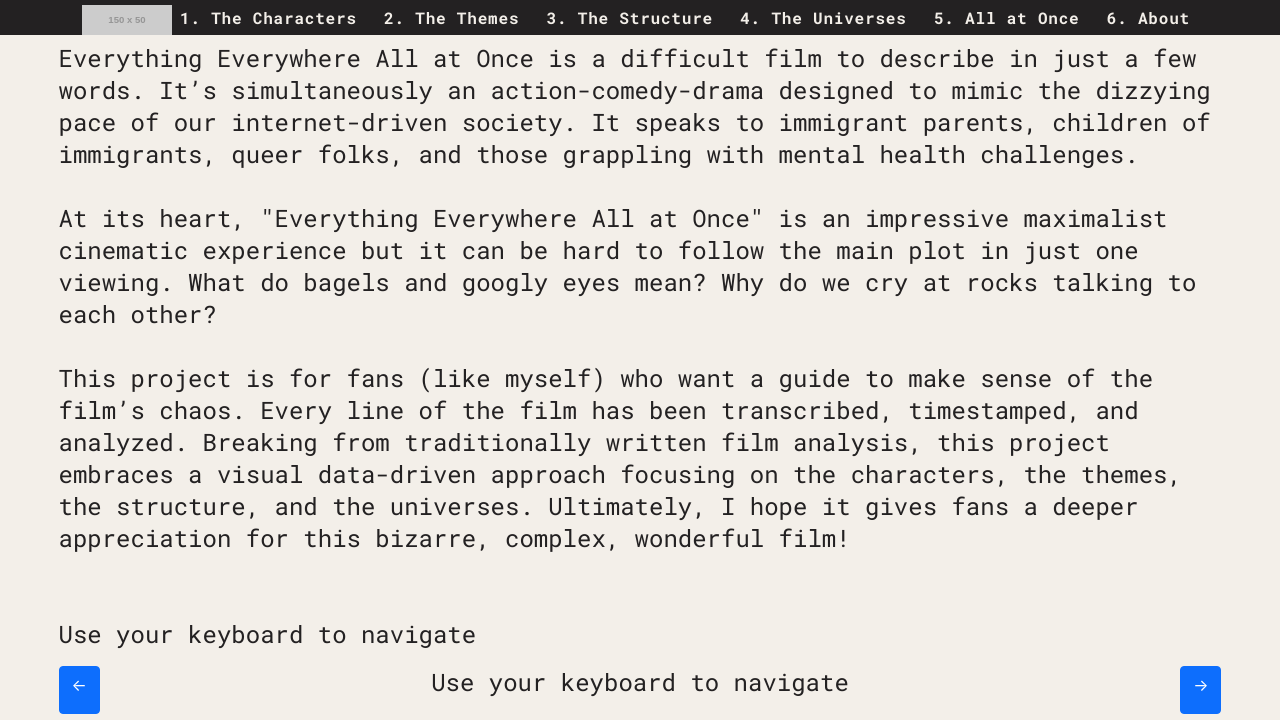
Repository: angelica-hom/msdv-thesis
Page: intro.html
The author's editor kept a record of every edit. The page is drawn from the files as they stood at one moment, then again after the next edit.
The browser window is 1280 px wide. The pictures show the whole page.

Above is the page before.

After the next edit:
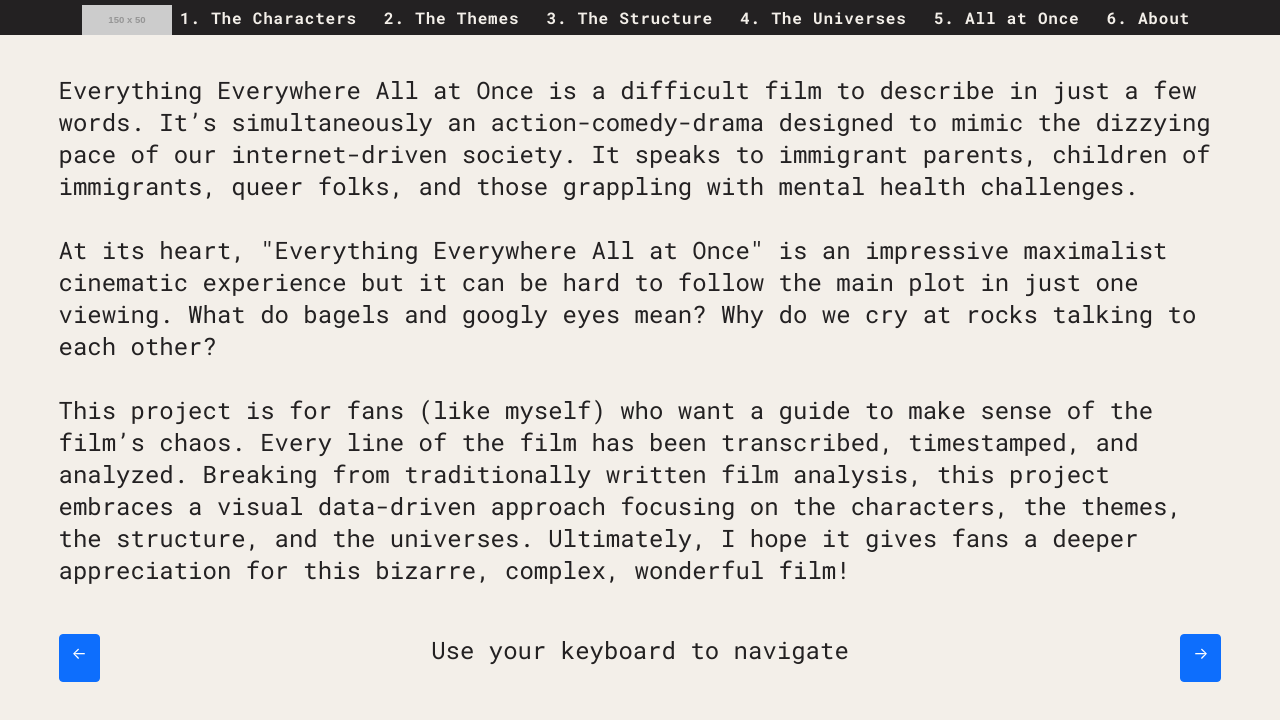
The edit:
--- a/intro.html
+++ b/intro.html
@@ -42,8 +42,7 @@
         <div>
             <p>Everything Everywhere All at Once is a difficult film to describe in just a few words. It’s simultaneously an action-comedy-drama designed to mimic the dizzying pace of our internet-driven society. It speaks to immigrant parents, children of immigrants, queer folks, and those grappling with mental health challenges.<br>
             <br>At its heart, "Everything Everywhere All at Once" is an impressive maximalist cinematic experience but it can be hard to follow the main plot in just one viewing. What do bagels and googly eyes mean? Why do we cry at rocks talking to each other?<br>
-            <br>This project is for fans (like myself) who want a guide to make sense of the film’s chaos. Every line of the film has been transcribed, timestamped, and analyzed. Breaking from traditionally written film analysis, this project embraces a visual data-driven approach focusing on the characters, the themes, the structure, and the universes. Ultimately, I hope it gives fans a deeper appreciation for this bizarre, complex, wonderful film!<br>
-            <br><br>Use your keyboard to navigate</p>
+            <br>This project is for fans (like myself) who want a guide to make sense of the film’s chaos. Every line of the film has been transcribed, timestamped, and analyzed. Breaking from traditionally written film analysis, this project embraces a visual data-driven approach focusing on the characters, the themes, the structure, and the universes. Ultimately, I hope it gives fans a deeper appreciation for this bizarre, complex, wonderful film!<br><br>
             <div class="d-flex justify-content-between">
                 <a href="index.html" class="btn btn-primary">←</a>
                 <p>Use your keyboard to navigate</p>
